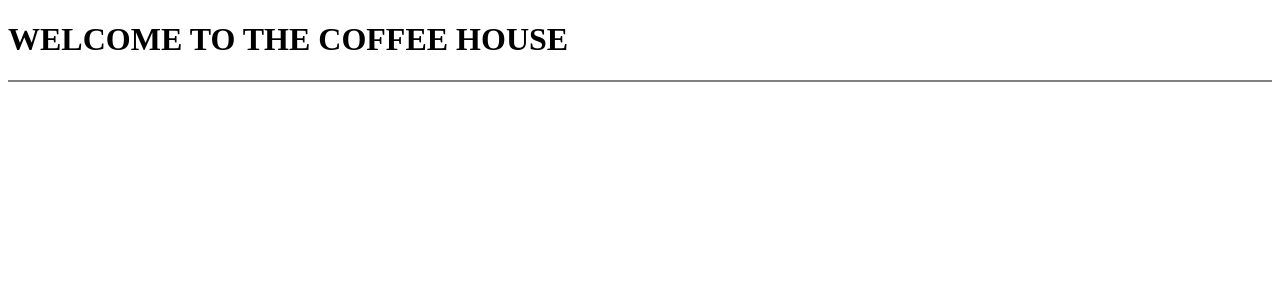
Repository: giahuy405/HomeWork_Coffee
Page: index.html
An editor plug-in stored every save of this project. The page is shown before and after the next save, followed by the edit.
The browser window is 1280 px wide. The pictures show the whole page.

Above is the page before, as saved 2022-09-07 01:03:17.

### index.html
<!DOCTYPE html>
<html lang="en">
<head>
    <meta charset="UTF-8">
    <meta http-equiv="X-UA-Compatible" content="IE=edge">
    <meta name="viewport" content="width=device-width, initial-scale=1.0">
    <title>Document</title>
    <link rel="stylesheet" href="./css/index.css">
</head>
<body>
    <header>
        <h1>WELCOME TO THE COFFEE HOUSE</h1>
        <hr noshade>
    </header>
</body>
</html>

Loaded but not shown: css/index.css (no stored copy; drawn as an empty file)

After the next save:
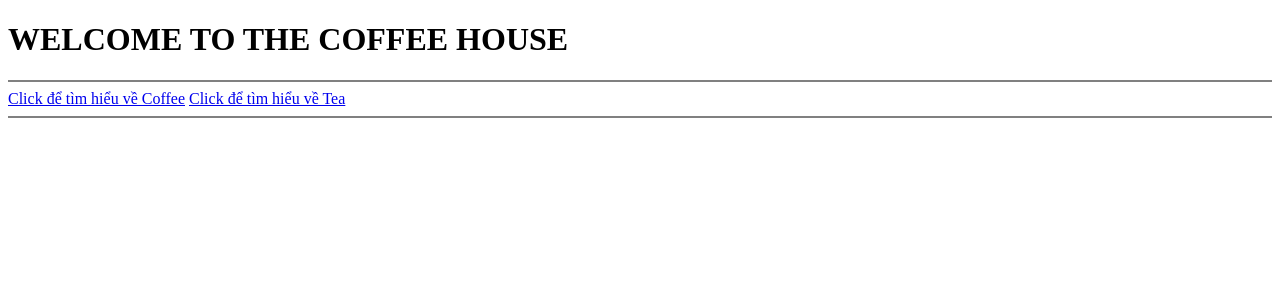
Saved 44 s later.
--- a/index.html
+++ b/index.html
@@ -11,6 +11,11 @@
     <header>
         <h1>WELCOME TO THE COFFEE HOUSE</h1>
         <hr noshade>
+        <nav>
+            <a href="#">Click để tìm hiểu về Coffee</a>
+            <a href="#">Click để tìm hiểu về Tea</a>
+        </nav>
+        <hr noshade>
     </header>
 </body>
 </html>
